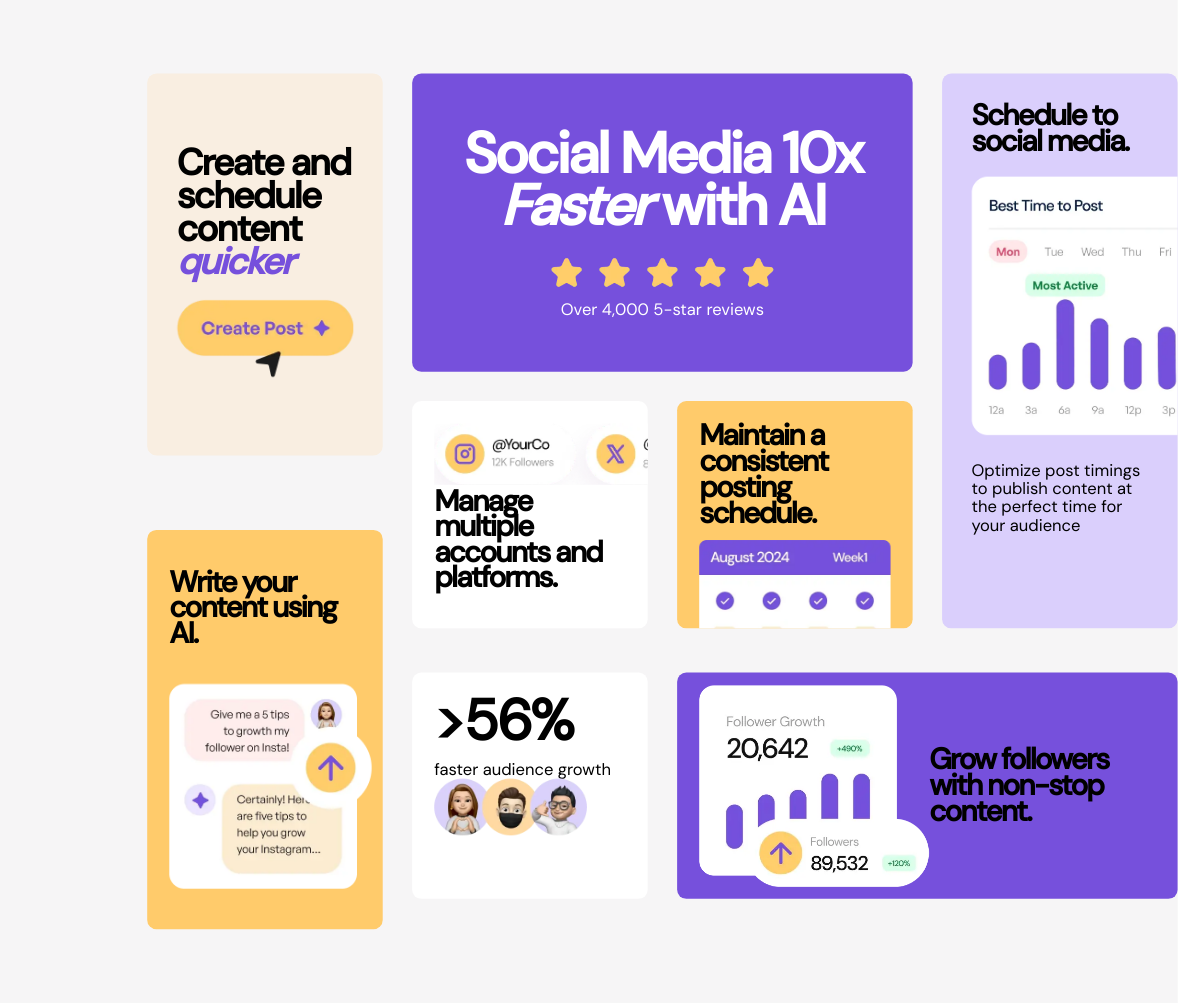
Repository: brandontaylor1/bento-grid
Page: index.html
An editor plug-in stored every save of this project. The page is shown before and after the next save, followed by the edit.
The browser window is 1280 px wide. The pictures show the whole page, at 92% of full size.

Above is the page before, as saved 2025-01-22 19:27:58.

### index.html
<!DOCTYPE html>
<html lang="en">
<head>
    <meta charset="UTF-8">
    <meta name="viewport" content="width=device-width, initial-scale=1.0">
    <link rel="stylesheet" href="styles.css">
    <title>Bento Grid</title>
</head>
<body>
    <main class="container">
        <div class="grid-container">
            <div class="grid-item-1">
                <h1>Social Media <span>10x </span><em>Faster </em>with AI </h1>
                <img src="./assets/images/illustration-five-stars.webp" alt="five star images">
                <p>Over 4,000 5-star reviews</p>
            </div>
            <div class="grid-item-2">
                <img src="./assets/images/illustration-multiple-platforms.webp" alt="two social media images">
                <h3>Manage multiple accounts and platforms.</h3>
            </div>
            <div class="grid-item-3">
                <h3>Maintain a consistent <br> posting schedule.</h3>
                <img src="./assets/images/illustration-consistent-schedule.webp" alt="schedule">
            </div>
            <div class="grid-item-4">
                <h3>Schedule to social media.</h3>
                <img src="./assets/images/illustration-schedule-posts.webp" alt="schedule of posts">
                <p>Optimize post timings to publish content at the perfect time for your audience</p>
            </div>
            <div class="grid-item-5">
                <img src="./assets/images/illustration-grow-followers.webp" alt="follower growth">
                <h3>Grow followers with non-stop content.</h3>
            </div>
            <div class="grid-item-6">
                <h2> >56%</h2>
                <p>faster audience growth</p>
                <img src="./assets/images/illustration-audience-growth.webp" alt="pictures of cartoon audience">
            </div>
            <div class="grid-item-7">
                <h2>Create and schedule content <em>quicker</em></h2>
                <img src="./assets/images/illustration-create-post.webp" alt="create post image">
            </div>
            <div class="grid-item-8">
                <h3>Write your content using AI.</h3>
                <img src="./assets/images/illustration-ai-content.webp" alt="Ai Content Image">
            </div>
        </div>
    </main>

</body>
</html>

### styles.css

@font-face {
    font-family: "DMSans-Medium";
    src: url('./assets/fonts/DMSans-Medium.ttf') format('truetype');
    font-weight: 500;
    font-style: normal;
}

@font-face {
    font-family: "DMSans-MediumItalic";
    src: url('./assets/fonts/DMSans-MediumItalic.ttf') format('truetype');
    font-weight: 500;
    font-style: italic;
}

@font-face {
    font-family: "DMSans-Regular";
    src: url('./assets/fonts/DMSans-Regular.ttf') format('truetype');
    font-weight: 400;
    font-style: normal;
}

* {
    margin: 0;
    padding: 0;
    box-sizing: border-box;

}

:root {

    /* COLORS */
    --purple100: hsl(254, 88%, 90%);
    --purple500: hsl(256, 67%, 59%);

    --yellow100: hsl(31, 66%, 93%);
    --yellow500: hsl(39, 100%, 71%);

    --white: hsl(0, 0%, 100%);
    --black: hsl(0, 0%, 0%);
    --font-black: #121212;

    --spacing-5: 40px;
    --spacing-4: 32px;
    --spacing-3: 24px;
    --spacing-2: 16px;
    --spacing-1: 8px;

    /* TYPOGRAPHY */
    --font-family-regular: "DMSans-Regular", sans-serif;
    --font-family-medium: "DMSans-Medium", sans-serif;

    --font-size-h1: 62px;
    --line-height-h1: 93.5%;
    --letter-spacing-h1: -3px;

    --font-size-h2: 40px;
    --line-height-h2: 90%;
    --letter-spacing-h2: -2px;

    --font-size-h3: 32px;
    --line-height-h3: 87.5%;
    --letter-spacing-h3: -2px;

    --font-size-p: 18px;
    --line-height-p: 111%;
    --letter-spacing-p: 0px;
}

/* TYPOGRAPHY */
h1 {
    font-family: var(--font-family-medium);
    font-size: var(--font-size-h1);
    line-height: var(--line-height-h1);
    letter-spacing: var(--letter-spacing-h1);
}

h2 {
    font-family: var(--font-family-medium);
    font-size: var(--font-size-h2);
    line-height: var(--line-height-h2);
    letter-spacing: var(--letter-spacing-h2);
}

h3 {
    font-family: var(--font-family-medium);
    font-size: var(--font-size-h3);
    line-height: var(--line-height-h3);
    letter-spacing: var(--letter-spacing-h3);
}

p {
    font-family: var(--font-family-regular);
    font-size: var(--font-size-p);
    line-height: var(--line-height-p);
    letter-spacing: var(--letter-spacing-p);

}

.container {
    height: auto;
    background-color: #F6F5F6;
    display: flex;
    justify-content: center;
    align-items: center;
}

.grid-container {
    height: 100%;
    width: 100%;
    max-width: 1440px;
    display: grid;
    grid-template-areas:
    " a a b b b b c c"
    " a a b b b b c c"
    " a a d d e e c c"
    " f f d d e e c c"
    " f f g g h h h h"
    " f f g g h h h h";
    gap: 32px;
    padding: 80px 160px 80px 160px;
    background-color: #F6F5F6;
}

.grid-item-1 {
    background-color: var(--purple500);
    color: var(--white);
    padding: 32px;
    border-radius: 10px;
    width: 544px;
    height: 324px;
    grid-area: b;
    display: flex;
    flex-direction: column;
    align-items: center;
    justify-content: center;
    text-align: center;
}

.grid-item-1 img {
    width: 250px;
    padding-top: 24px;
    padding-bottom: 8px;
}

.grid-item-2 {
    grid-area: d;
    width: 256px;
    height: 247px;
    padding: 24px;
    border-radius: 10px;
    overflow: hidden;
    background-color: var(--white);
}

.grid-item-2 img {
    width: 316px;
}

.grid-item-3 {
    grid-area: e;
    width: 256px;
    height: 247px;
    padding: 24px 24px 0 24px;
    border-radius: 10px;
    background-color: var(--yellow500);
    overflow: hidden;
}

.grid-item-3 img {
    width: 100%;
    padding-top: 16px;
}

.grid-item-4 {
    grid-area: c;
    width: 256px;
    height: 603px;
    padding: 32px;
    flex-direction: column;
    align-items: flex-start;
    justify-content: center;
    border-radius: 10px;
    background-color: var(--purple100);
    overflow: hidden;
}

.grid-item-4 img {
    width: 315px;
    padding: 24px 0;
}

.grid-item-4 p {
    width: 100%;
}

.grid-item-5 {
    grid-area: h;
    width: 544px;
    height: 246px;
    padding: 24px;
    border-radius: 10px;
    background-color: var(--purple500);
    display: flex;
    flex-direction: row;
    align-items: center;
}

.grid-item-5 img {
    width: 250px;

}

.grid-item-6 {
    grid-area: g;
    width: 256px;
    height: 246px;
    padding: 24px;
    border-radius: 10px;
    background-color: var(--white);
    display: flex;
    flex-direction: column;
    align-items: flex-start;
}

.grid-item-6 h2 {
    padding-bottom: 15px;
    font-size: var(--font-size-h1);
    font-family: var(--font-family-regular);
}

.grid-item-6 img {
    width: 80%;
}

.grid-item-7 {
    background-color: var(--yellow100);
    width: 256px;
    height: 415px;
    padding: 32px;
    border-radius: 10px;
    display: flex;
    flex-direction: column;
    align-items: center;
    justify-content: center;
    grid-area: a;
}

.grid-item-7 em {
    color: var(--purple500);
}


.grid-item-7 img {
    width: 100%;
    padding-top: 24px;
}

.grid-item-8 {
    grid-area: f;
    width: 256px;
    height: 434px;
    padding: 24px;
    display: flex;
    flex-direction: column;
    align-items: flex-start;
    justify-content: space-around;
    border-radius: 10px;
    background-color: var(--yellow500);
}

.grid-item-8 img {
    width: 100%;
    height: auto;
    width: 220px;
}

/* RESPONSIVE */

/* MOBILE */
@media screen and (max-width: 480px) {
    .container {
        height: auto;
        background-color: #F6F5F6;
    }

    .grid-container {
        display: grid;
        grid-template-areas:
        "a"
        "b"
        "c"
        "d"
        "e"
        "f"
        "g"
        "h";
        gap: var(--spacing-4);
    }

    .grid-item-1 {
        background-color: var(--purple500);
        color: var(--white);
        text-align: center;
        padding: 40px 32px;
        border-radius: 10px;
        width: 100%;
        grid-area: a;
    }

    .grid-item-1 h1 {
        padding-bottom: 24px;
    }

    .grid-item-1 img {
        width: 192px;
        padding-bottom: 8px;
    }

    .grid-item-1 span {
        color: var(--yellow500);
    }

    .grid-item-2 {
        background-color: var(--white);
        padding: 16px;
        border-radius: 10px;
        grid-area: b;
    }
    .grid-item-2 img {
        width: 100%;
    }

    .grid-item-2 h3 {
        color: #121212;
    }

    .grid-item-3 {
        background-color: var(--yellow500);
        padding: 16px;
        border-radius: 10px;
        overflow: hidden;
        grid-area: c;
    }

    .grid-item-3 img {
        width: 288px;
        height: auto;
        padding-top: 16px;
        margin-bottom: -40px;
    }

    .grid-item-4 {
        background-color: var(--purple100);
        padding: 32px;
        border-radius: 10px;
        text-align: center;
        grid-area: d;
    }

    .grid-item-4 img {
        width: 100%;
        padding: 24px 0;

    }

    .grid-item-5 {
        background-color: var(--purple500);
        color: var(--white);
        padding: 32px;
        border-radius: 10px;
        display: flex;
        flex-direction: column;
        align-items: center;
        justify-content: center;
        text-align: center;
        grid-area: e;
    }

    .grid-item-5 img {
        padding-bottom: 40px;
        width: 228px;
        height: auto;
    }

    .grid-item-5 h3 {
        width: 257px;
        height: auto;
    }

    .grid-item-6 {
        background-color: var(--white);
        padding: 16px;
        border-radius: 10px;
        text-align: left;
        padding: 24px;
        grid-area: f;
    }

    .grid-item-6 h2 {
        padding-bottom: 15px;
    }

    .grid-item-6 img {
       width: 50%;
       padding-top: 24px;

    }

    .grid-item-7 {
        background-color: var(--yellow100);
        padding: 32px;
        border-radius: 10px;
        text-align: left;
        grid-area: g;
    }

    .grid-item-7 img {
        width: 65%;
        padding-top: 24px;
    }

    .grid-item-7 em {
        color: var(--purple500);
    }

    .grid-item-8 {
        background-color: var(--yellow500);
        padding: 24px;
        border-radius: 10px;
        text-align: left;
        grid-area: h;
    }

    .grid-item-8 img {
        width: 75%;
        padding-top: 24px;
    }


}

After the next save:
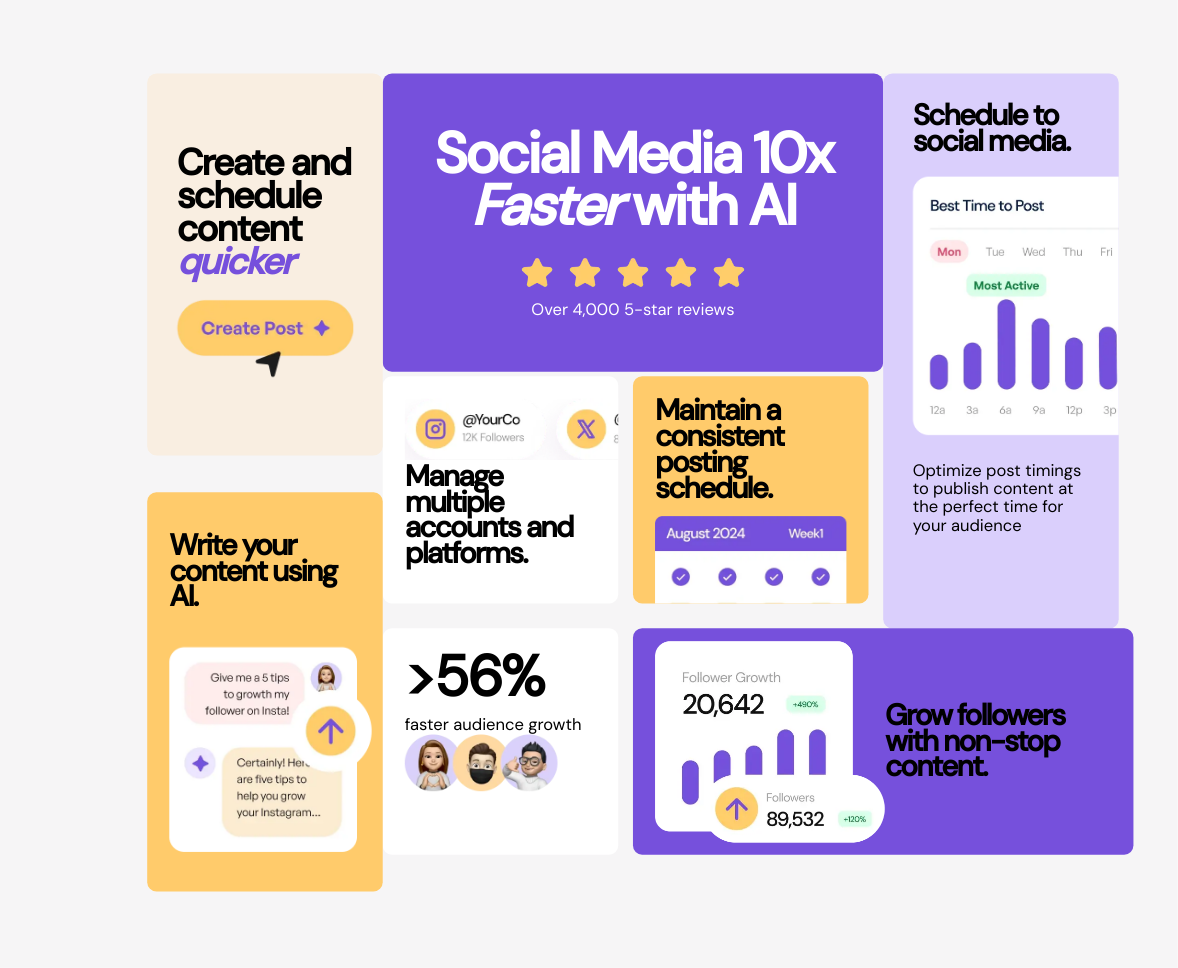
Saved 29 s later.
--- a/styles.css
+++ b/styles.css
@@ -117,7 +117,6 @@
     " f f d d e e c c"
     " f f g g h h h h"
     " f f g g h h h h";
-    gap: 32px;
     padding: 80px 160px 80px 160px;
     background-color: #F6F5F6;
 }
